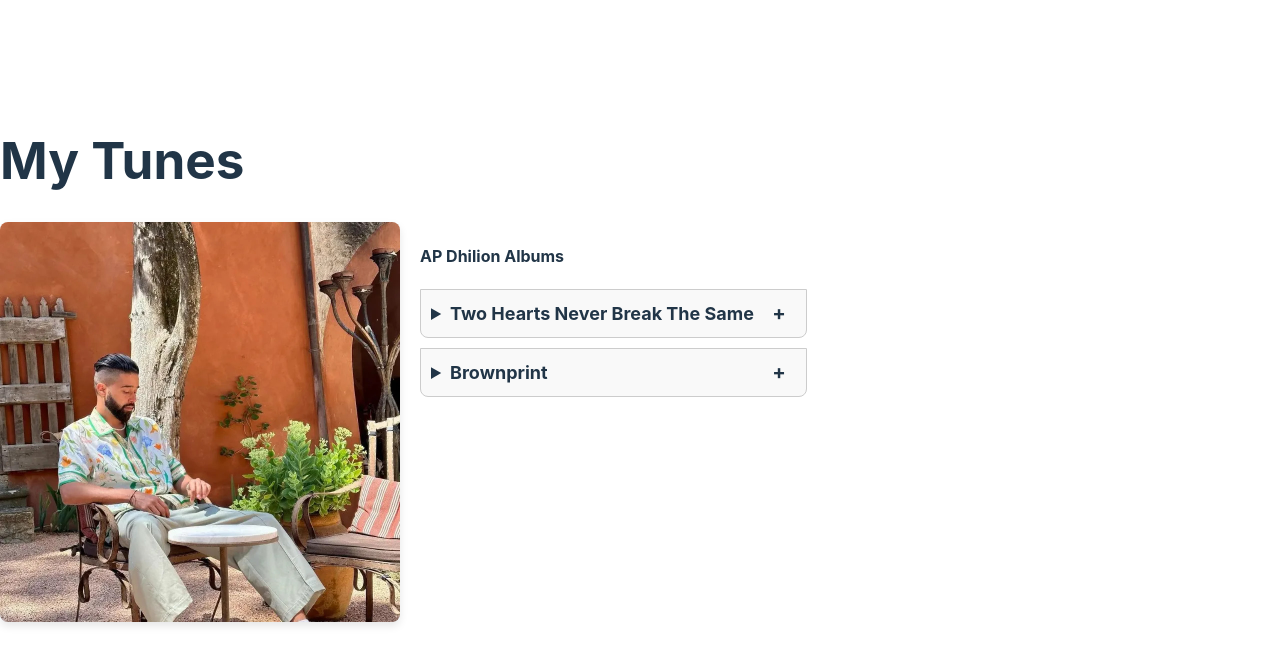
Repository: GavinPahal/my_app
Page: / (app in react/)
An editor plug-in stored every save of this project. The page is shown before and after the next save, followed by the edit.
The browser window is 1280 px wide. The pictures show the whole page.
The project was rebuilt for these pictures with package versions that can differ from the ones it lists, and the page was loaded fresh each time. Also part of the build but not shown: react/vite.config.js.

Above is the page before, as saved 2024-09-15 18:19:39.

### react/src/App.jsx
import { useState } from 'react'
import ap from '/Untitled-34.jpg'
import './App.css'

function App() {
  return (
    <>
    <h1 className='heading'>My Tunes</h1>
    <div className="container">
      <img src={ap} alt="Vite logo" width={400} height={400}/>
      <div className="album">
      <h4 className='ap'>AP Dhilion Albums</h4>
        <details name="reqs">
          <summary>Two Hearts Never Break The Same</summary>
          <ol>
            <li>All Night(Live)</li>
            <li>Hills</li>
            <li>SummerHigh</li>
            <li>Wo Noor</li>
            <li>Dil Nu</li>
          </ol>
        </details>
        <details name="reqs">
          <summary>Brownprint</summary>
          <ol>
            <li>Brownprint</li>
            <li>315</li>
            <li>Old Money</li>
            <li>Losing Myself</li>
            <li>Distance</li>
            <li>After Midnight</li>
            <li>Bora Bora</li>
            <li>Sweet Flower</li>
            <li>To Be Contuined</li>
          </ol>
        </details>
      </div>
    </div>
    </>
  )
}

export default App

### react/src/App.css
.container {
  display: flex;
  justify-content: center;
  align-items: flex-start;
  margin-top: 20px;
}

.title {
  font-size: 32px;
  font-weight: bold;
  margin-bottom: 20px;
  text-align: center;
}

.subheading {
  font-size: 24px;
  font-weight: bold;
  margin-bottom: 10px;
}

img {
  border-radius: 8px;
  box-shadow: 0 4px 8px rgba(0, 0, 0, 0.1);
  margin-right: 20px;
}

.album {
  display: flex;
  flex-direction: column;
  max-width: 400px;
}

details {
  width: 100%;
  margin-bottom: 10px;
  border: 1px solid #ccc;
  border-radius: 0 0 8px 8px;
  padding: 10px;
  background-color: #f9f9f9;
  position: relative;
}

summary {
  font-size: 18px;
  font-weight: bold;
  cursor: pointer;
  position: relative;
  padding-right: 20px; /* Create space for the plus/minus sign */
}

summary:hover {
  color: #007bff;
}

details[open] summary {
  color: #007bff;
}

summary::after {
  content: '+';
  position: absolute;
  right: 0;
  font-size: 20px;
  top: 0;
  bottom: 0;
  display: flex;
  align-items: center;
  padding-right: 10px;
  transition: content 0.3s ease;
}

details[open] summary::after {
  content: '-';
}

ol {
  padding-left: 20px;
  margin: 10px 0;
  list-style: decimal;
}

Loaded but not shown: react/index.html (common file); react/src/main.jsx (common file); react/src/index.css (common file)

After the next save:
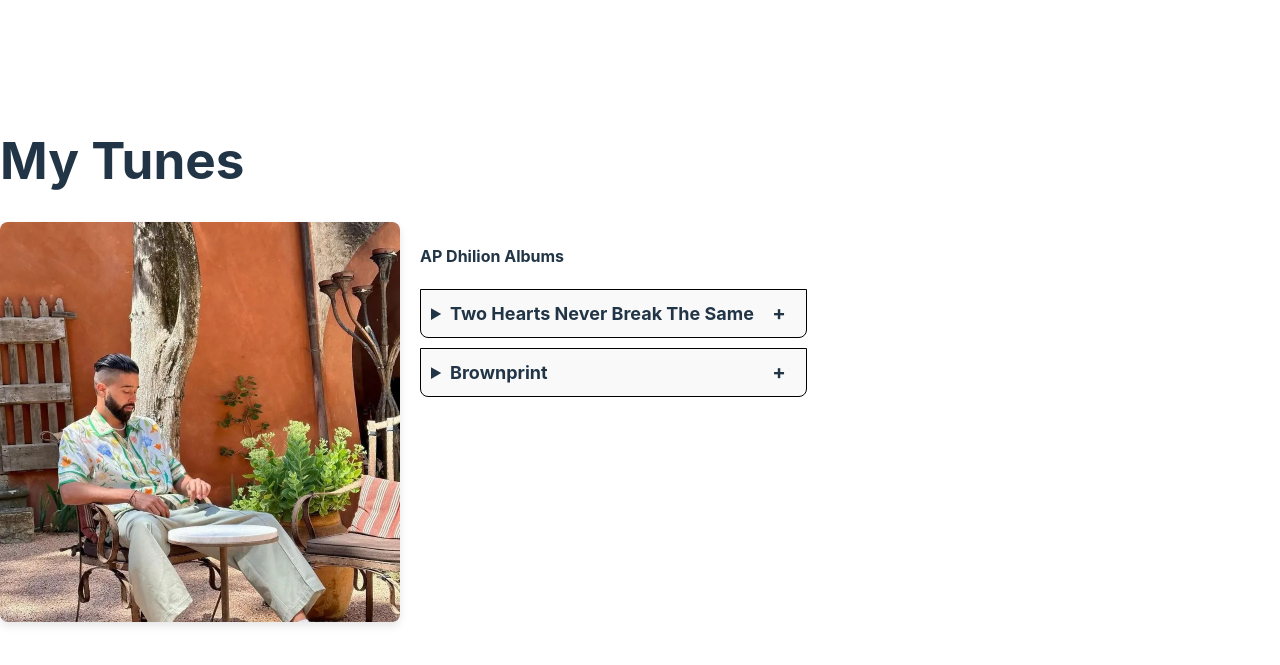
Saved 40 s later.
--- a/react/src/App.css
+++ b/react/src/App.css
@@ -33,11 +33,12 @@
 details {
   width: 100%;
   margin-bottom: 10px;
-  border: 1px solid #ccc;
+  border: 1px solid #000000;
   border-radius: 0 0 8px 8px;
   padding: 10px;
   background-color: #f9f9f9;
   position: relative;
+  list-style: none;
 }
 
 summary {
